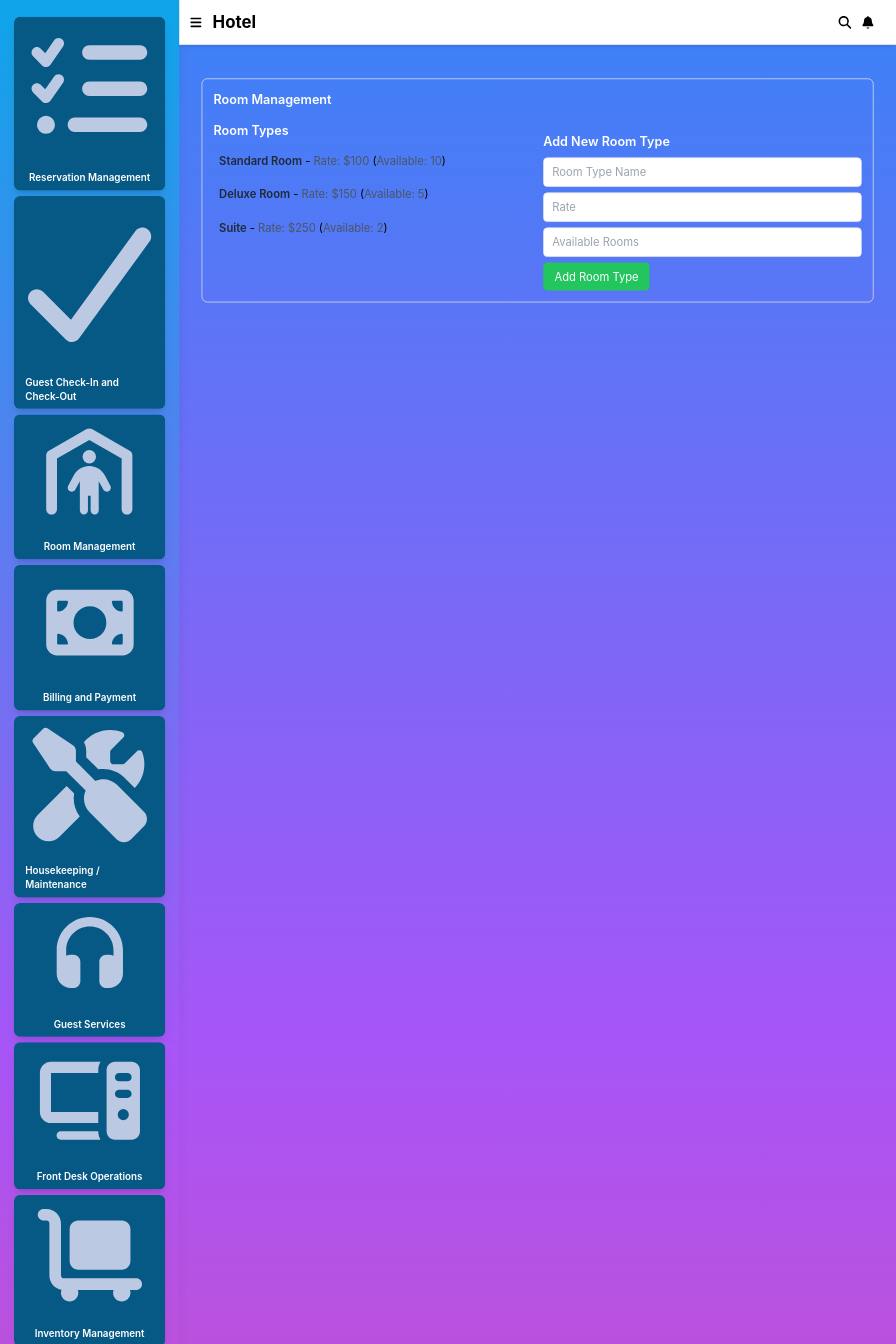
Repository: musabismael/Hotel
Page: /room_management
The author's editor kept a copy of each file at every save. The page is drawn from the files as they stood at one save, then again after a run of saves.
The browser window is 1280 px wide. The pictures show the part of the page from y = 0 to 1920 px (the page is 3016 px tall), at 70% of full size.
The project was rebuilt for these pictures with package versions that can differ from the ones it lists, and the page was loaded fresh each time. Also part of the build but not shown: vite.config.js, src/App.css, src/pages/ReservationManagement.jsx, src/pages/GuestCheckInOut.jsx, src/pages/BillingPayment.jsx, src/pages/HousekeepingMaintenance.jsx, src/pages/GuestServices.jsx, src/pages/FrontDeskOperations.jsx and 5 more.

Above is the page before, as saved 2023-10-01 19:12:25.

After the next 4 saves:
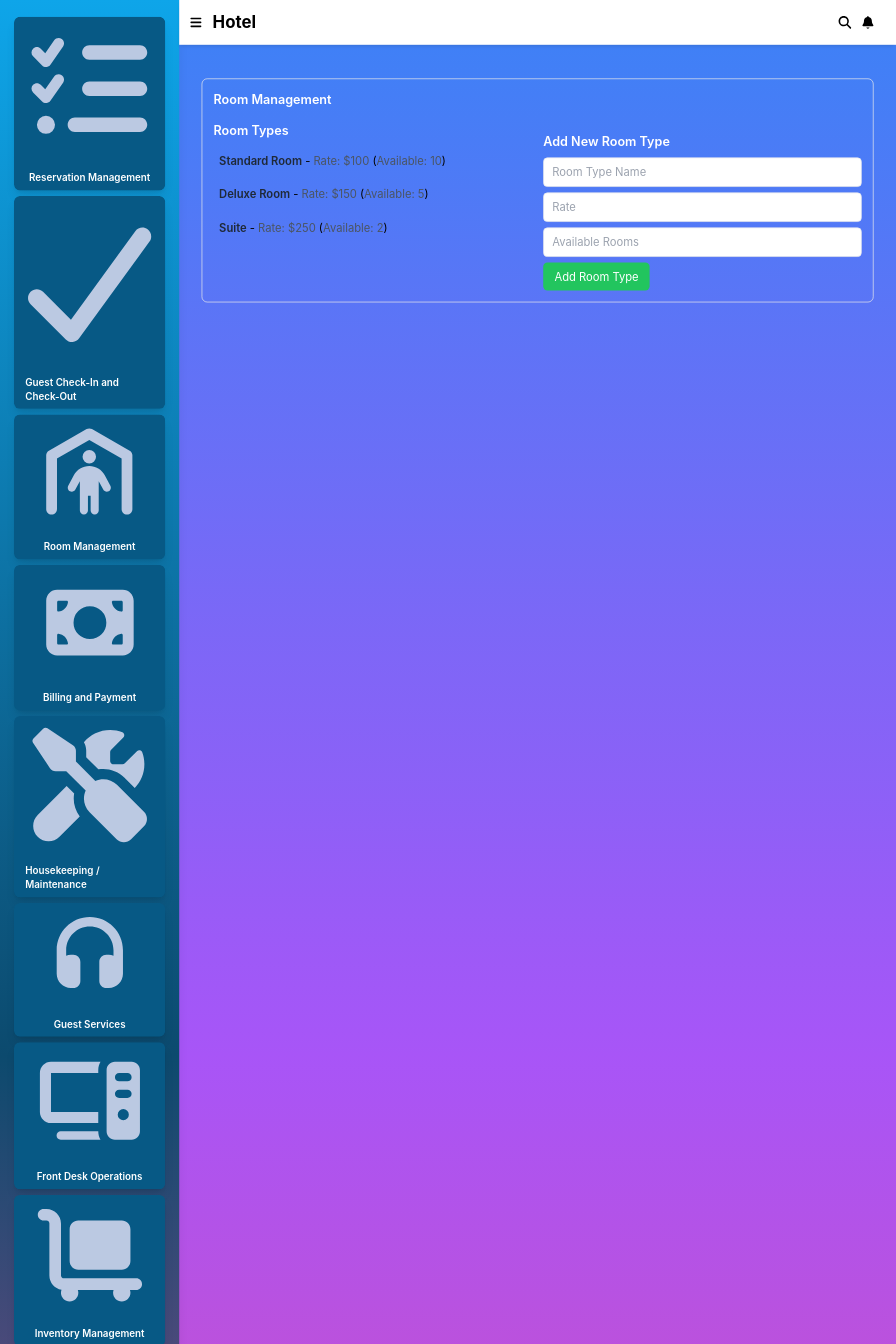
The 4 saves are shown as one change because they came seconds apart.
The last was saved 23 s later.
--- a/src/component/Sidebar.jsx
+++ b/src/component/Sidebar.jsx
@@ -114,7 +114,7 @@ const Sidebar = () => {
     console.log(`Card with ID ${id} clicked`);
   };
   return (
-    <aside className="p-4 w-1/5 min-h-screen overflow-y-auto bg-gradient-to-b from-sky-500 via-purple-500 to-pink-500 shadow-lg">
+    <aside className="p-4 w-1/5 min-h-screen overflow-y-auto bg-gradient-to-b from-sky-500 via-sky-900 to-pink-500 shadow-lg">
       <nav>
         {cardData.map((card) => (
           <Card
